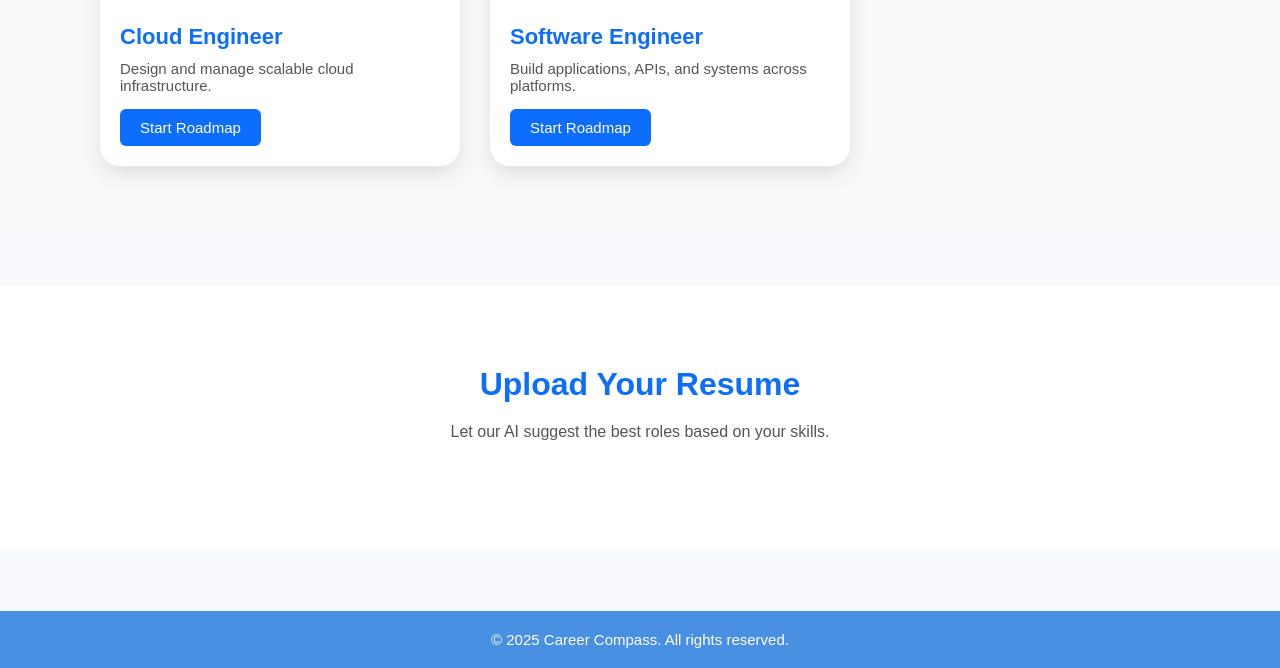
Repository: AI-Devsara01/Career-Compass
Page: templates/home.html
An editor plug-in stored every save of this project. The page is shown before and after the next save, followed by the edit.
The browser window is 1280 px wide. The pictures show the part of the page from y = 1150 to 1836 px (the page is 1818 px tall before and 1836 px after).
The template is drawn by Flask 3. The application's start-up code is not run. Other server files are loaded and not shown. The template is opened directly, without the code that normally fills it, so the values that code supplies are empty.

Above is the page before, as saved 2025-04-20 14:32:24.

### templates/home.html
<!DOCTYPE html>
<html lang="en">
<head>
  <meta charset="UTF-8" />
  <meta name="viewport" content="width=device-width, initial-scale=1.0"/>
  <title>Career Compass 🌟</title>
  <link rel="stylesheet" href="https://cdnjs.cloudflare.com/ajax/libs/font-awesome/6.4.0/css/all.min.css"/>
  <link href="https://fonts.googleapis.com/css2?family=Roboto:wght@400;700&display=swap" rel="stylesheet"/>
  <style>
    * {
      margin: 0;
      padding: 0;
      box-sizing: border-box;
    }
    body {
      font-family: 'Poppins', sans-serif;
      background-color: #f7f9fc;
      color: #333;
    }

    .navbar {
      display: flex;
      justify-content: center;
      background-color: #4a90e2;
      padding: 15px 0;
      box-shadow: 0 4px 10px rgba(0, 0, 0, 0.1);
      position: sticky;
      top: 0;
      z-index: 1000;
    }
    .navbar a {
      color: #fff;
      text-decoration: none;
      margin: 0 20px;
      font-weight: bold;
      font-size: 17px;
      transition: 0.3s;
    }
    .navbar a:hover {
      color: #ff6f61;
    }

    .hero {
      background: url('AHaD_&pid=Api&P=0&h=180') no-repeat center center;
      background-size: cover;
      padding: 100px 20px;
      color: #fff;
    }
    .hero-card {
      background: #fff;
      padding: 50px 30px;
      max-width: 800px;
      margin: auto;
      border-radius: 20px;
      box-shadow: 0 12px 25px rgba(0, 0, 0, 0.1);
    }
    .hero h1 {
      font-size: 56px;
      margin-bottom: 20px;
    }
    .hero p {
      font-size: 20px;
      color: #555;
      margin-bottom: 30px;
    }
    .btn {
      background: #ff6f61;
      color: #fff;
      padding: 14px 36px;
      font-size: 18px;
      border: none;
      border-radius: 30px;
      text-decoration: none;
      transition: 0.3s;
      box-shadow: 0 4px 10px rgba(0, 0, 0, 0.1);
    }
    .btn:hover {
      background: #ff4a3d;
    }

    .main-content {
      display: flex;
      gap: 40px;
      padding: 60px 100px;
      flex-wrap: wrap;
      background-color: #f9f9f9;
    }

    .roles-container {
      flex: 3;
      display: grid;
      grid-template-columns: repeat(auto-fit, minmax(280px, 1fr));
      gap: 30px;
    }

    .card {
      background: #fff;
      border-radius: 20px;
      overflow: hidden;
      box-shadow: 0 8px 20px rgba(0, 0, 0, 0.1);
      transition: transform 0.4s;
    }

    .card:hover {
      transform: translateY(-10px);
    }

    .card img {
      width: 100%;
      height: 180px;
      object-fit: cover;
    }

    .card-content {
      padding: 20px;
    }

    .card h3 {
      font-size: 22px;
      color: #0d6efd;
      margin-bottom: 10px;
    }

    .card p {
      font-size: 15px;
      color: #555;
      margin-bottom: 15px;
    }

    .card a {
      background: #0d6efd;
      color: #fff;
      padding: 10px 20px;
      border-radius: 6px;
      text-decoration: none;
      font-size: 15px;
      display: inline-block;
    }

    .card a:hover {
      background: #0056b3;
    }

    .sidebar {
      flex: 1;
      background: #fff;
      padding: 20px;
      border-radius: 14px;
      box-shadow: 0 4px 18px rgba(0, 0, 0, 0.08);
      text-align: center;
      height: fit-content;
    }

    .chat-container {
      background: #0d6efd;
      color: #fff;
      padding: 15px 25px;
      border-radius: 50px;
      display: flex;
      align-items: center;
      justify-content: center;
      cursor: pointer;
      margin-bottom: 20px;
      transition: transform 0.3s;
    }

    .chat-container:hover {
      transform: scale(1.05);
    }

    .chat-container i {
      font-size: 20px;
      margin-right: 10px;
    }

    .chat-container span {
      font-weight: 600;
    }

    .sidebar h2 {
      font-size: 22px;
      color: #0d6efd;
      margin-bottom: 10px;
    }

    .sidebar p {
      font-size: 14px;
      color: #666;
    }

    .feature-section {
      background: #fff;
      padding: 80px 100px;
      text-align: center;
      margin-top: 60px;
    }

    .feature-section h2 {
      font-size: 32px;
      color: #0d6efd;
      margin-bottom: 20px;
    }

    .feature-section p {
      font-size: 16px;
      color: #555;
      margin-bottom: 30px;
    }

    .feature-section form {
      display: flex;
      flex-direction: column;
      align-items: center;
      gap: 15px;
    }

    .feature-section input[type="file"],
    .feature-section input[type="submit"] {
      padding: 10px 15px;
      font-size: 16px;
      border-radius: 6px;
      width: 100%;
      max-width: 350px;
    }

    .feature-section input[type="file"] {
      background: #f1f1f1;
      border: 1px solid #ccc;
    }

    .feature-section input[type="submit"] {
      background: #0d6efd;
      color: #fff;
      border: none;
      cursor: pointer;
    }

    .feature-section input[type="submit"]:hover {
      background: #0056b3;
    }

    .footer {
      text-align: center;
      padding: 20px;
      font-size: 15px;
      background: #4a90e2;
      color: #fff;
      margin-top: 60px;
    }

    @media (max-width: 768px) {
      .main-content {
        flex-direction: column;
        padding: 30px 20px;
      }

      .hero h1 {
        font-size: 36px;
      }

      .hero p,
      .btn,
      .card p {
        font-size: 16px;
      }
    }
  </style>
</head>
<body>
  <!-- Navbar -->
  <div class="navbar">
    <a href="/">🏠 Home</a>
    <a href="/mock_interview">🎯 Interview</a>
    <a href="/roles">💼 Roles</a>
    <a href="/internships">🎓 Internships</a>
    <a href="/soft_skills">💡 Soft Skills</a>
    <a href="/signup">📝 Signup</a>
  </div>

  <!-- Hero Section -->
  <div class="hero">
    <div class="hero-card">
      <h1>Career Compass 🌟</h1>
      <p>Master in-demand skills, build impactful projects, and launch your career with confidence.</p>
      <a href="/roles" class="btn">Explore Now</a>
    </div>
  </div>

  <!-- Main Content -->
  <div class="main-content">
    <!-- Roles -->
    <div class="roles-container">
      <div class="card">
        <img src="https://images.unsplash.com/photo-1556761175-4b46a572b786" alt="AI/ML Engineer"/>
        <div class="card-content">
          <h3>AI/ML Engineer</h3>
          <p>Build intelligent systems with machine learning & AI.</p>
          <a href="/view/ai_engineer">Start Roadmap</a>
        </div>
      </div>
      <div class="card">
        <img src="https://images.unsplash.com/photo-1504639725590-34d0984388bd" alt="Data Scientist"/>
        <div class="card-content">
          <h3>Data Scientist</h3>
          <p>Analyze data and extract valuable insights.</p>
          <a href="/view/data_scientist">Start Roadmap</a>
        </div>
      </div>
      <div class="card">
        <img src="https://images.unsplash.com/photo-1522071820081-009f0129c71c" alt="Cloud Engineer"/>
        <div class="card-content">
          <h3>Cloud Engineer</h3>
          <p>Design and manage scalable cloud infrastructure.</p>
          <a href="/view/cloud_engineer">Start Roadmap</a>
        </div>
      </div>
      <div class="card">
        <img src="https://tse2.mm.bing.net/th?id=OIP.kSM4WTcm9Q728GpeysGy2wHaEQ&pid=Api&P=0&h=180" alt="Software Engineer"/>
        <div class="card-content">
          <h3>Software Engineer</h3>
          <p>Build applications, APIs, and systems across platforms.</p>
          <a href="/view/software_engineer">Start Roadmap</a>
        </div>
      </div>
    </div>

    <!-- Sidebar -->
    <div class="sidebar">
      <div class="chat-container" onclick="alert('Chatbot coming soon!')">
        <i class="fas fa-robot"></i>
        <span>Chat with CareerBot</span>
      </div>
      <h2>Need Help?</h2>
      <p>Get personalized career guidance and AI-powered support.</p>
      <a href="/view/chat">Chat Now</a>
    </div>
  </div>

  <!-- Feature Section -->
  <div class="feature-section">
    <h2>Upload Your Resume</h2>
    <p>Let our AI suggest the best roles based on your skills.</p>
    <a href="/view/resume"></a>

  </div>

  <!-- Footer -->
  <div class="footer">
    © 2025 Career Compass. All rights reserved.
  </div>
</body>
</html>

After the next save:
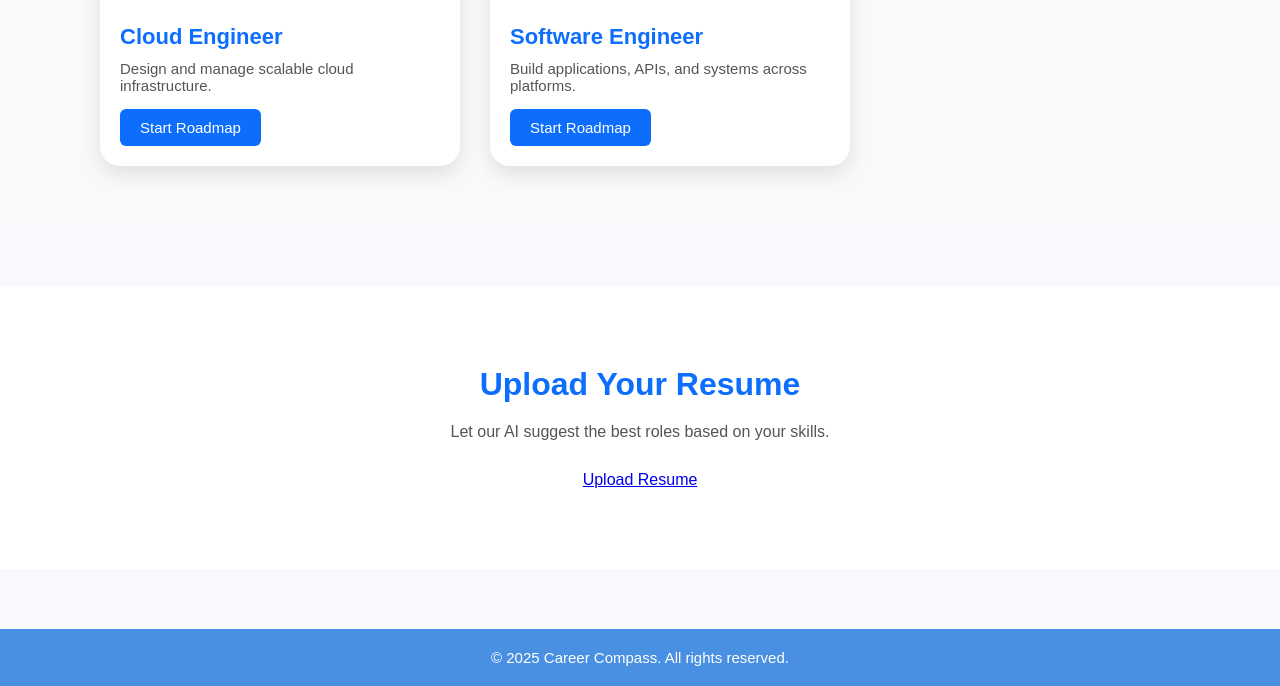
Saved 6 s later.
--- a/templates/home.html
+++ b/templates/home.html
@@ -340,7 +340,7 @@
   <div class="feature-section">
     <h2>Upload Your Resume</h2>
     <p>Let our AI suggest the best roles based on your skills.</p>
-    <a href="/view/resume"></a>
+    <a href="/view/resume">Upload Resume</a>
 
   </div>
 
